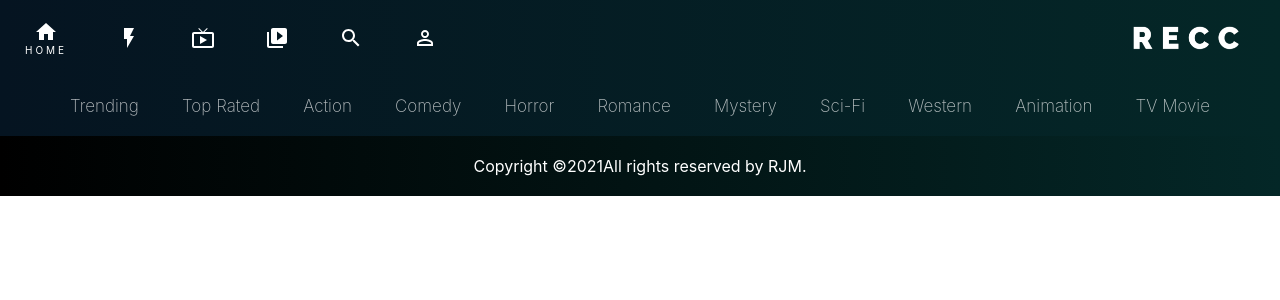
Repository: RishabhJM/recc
Page: /
The author's editor kept a copy of each file at every save. The page is drawn from the files as they stood at one save, then again after the next save.
The browser window is 1280 px wide. The pictures show the whole page.
The page's requests for data from a server got no answer. The project was rebuilt for these pictures with package versions that can differ from the ones it lists, and the page was loaded fresh each time. No one was signed in, and anything a server would have sent is missing. Also part of the build but not shown: src/App.css, src/Card.css, src/card.js.

Above is the page before, as saved 2022-07-01 17:42:37.

After the next save:
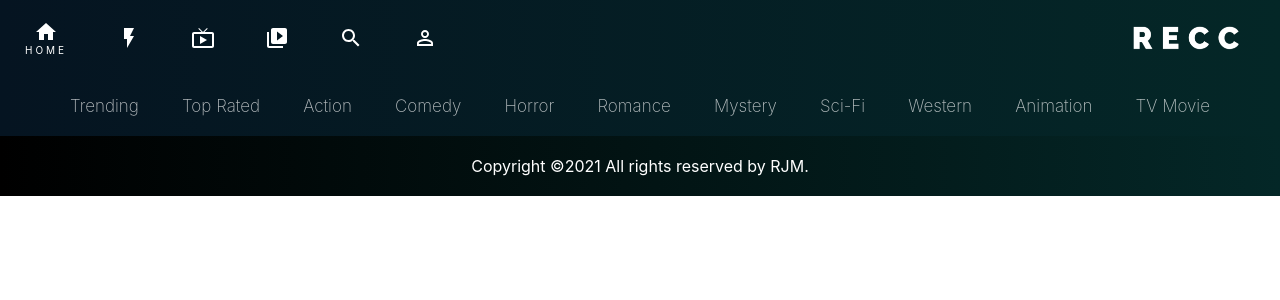
Saved 28 s later.
--- a/src/Footer.js
+++ b/src/Footer.js
@@ -5,8 +5,7 @@ function Footer() {
     const year = new Date().getFullYear();
   return (
     <div className='footer'>
-        Copyright ©{year}
-        All rights reserved by RJM.
+        Copyright ©{year} All rights reserved by RJM.
     </div>
   )
 }
